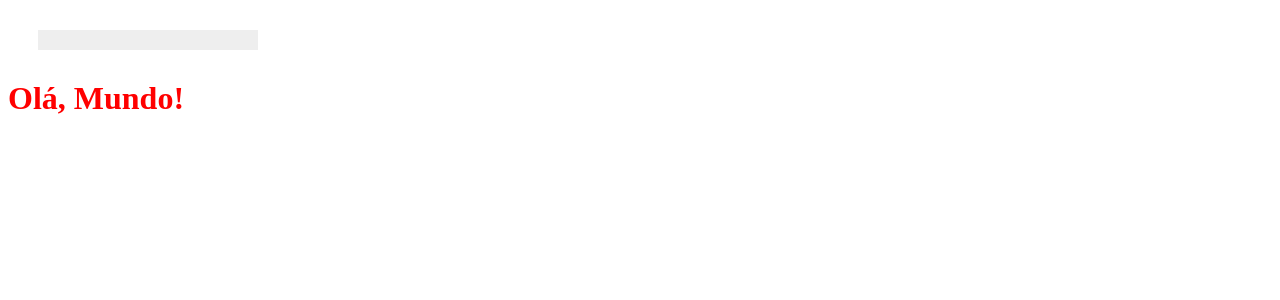
Repository: Leandromarim/Curso_Origamid
Page: index.html
These files come from the project's save history. The page is drawn as it stood at one moment and after the next save; the edit follows.
The browser window is 1280 px wide. The pictures show the whole page.

Above is the page before, as saved 2023-07-17 23:12:39.

### index.html
<!DOCTYPE html>
<html lang="pt-br">

<head>
    <meta charset="UTF-8">
    <meta name="viewport" content="width=device-width, initial-scale=1.0">
    <link rel="stylesheet" href="./css/stylesheet.css">
    <title>Meu Currículo</title>
</head>

<body>
    <div class="container">

    </div>
    <h1 class="titulo">Olá, Mundo!</h1>
</body>

</html>

### css/stylesheet.css
div.container {
    width: 200px;
    background-color: red;
    border: 10px solid #eee;
    margin: 30px;
}

body h1.titulo {
    color: red;
}

After the next save:
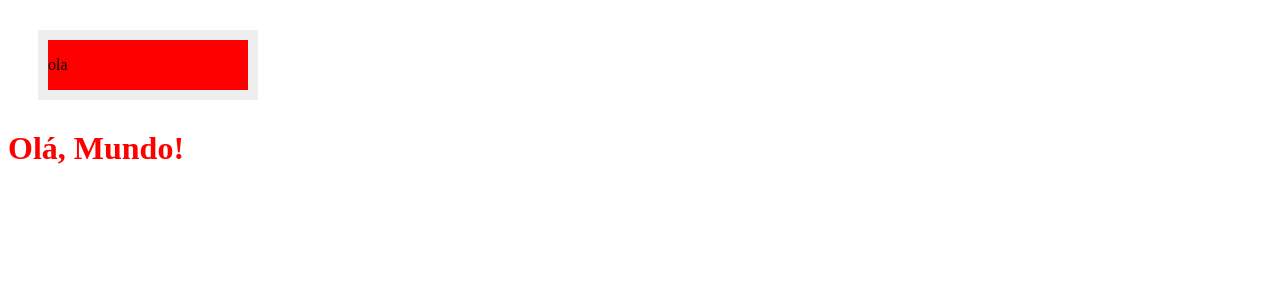
Saved 14 s later.
--- a/index.html
+++ b/index.html
@@ -10,7 +10,7 @@
 
 <body>
     <div class="container">
-
+        <p>ola</p>
     </div>
     <h1 class="titulo">Olá, Mundo!</h1>
 </body>
